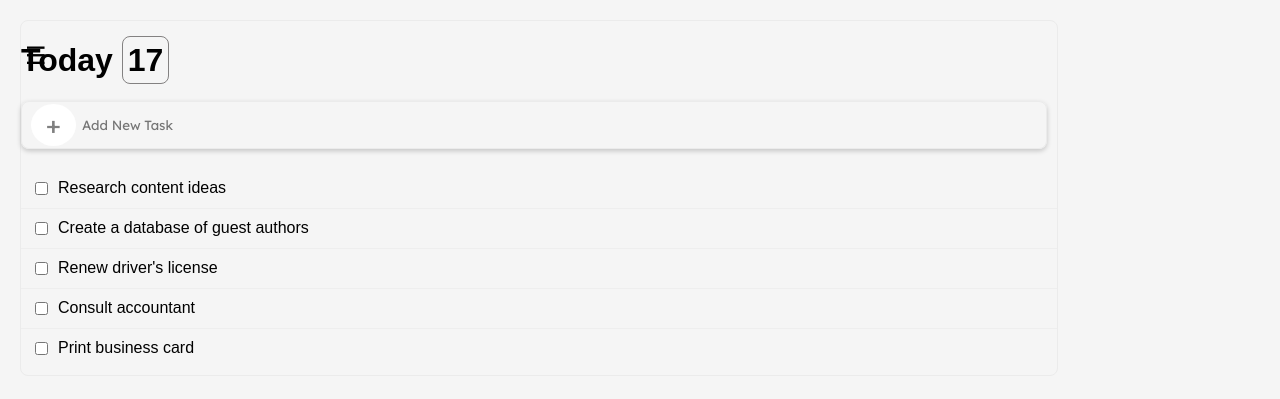
Repository: WeyehnR/Todo-App-e8719e15efb8a3743d14c47aa9ae2115442426d2
Page: Client/index.html
The author's editor kept a copy of each file at every save. The page is drawn from the files as they stood at one save, then again after the next save.
The browser window is 1280 px wide. The pictures show the whole page.

Above is the page before, as saved 2023-11-17 15:34:26.

### Client/index.html
<!DOCTYPE html>
<html lang="en">
<head>
    <meta charset="UTF-8">
    <meta name="viewport" content="width=device-width, initial-scale=1.0">
    <title>Todo List Application</title>
    <link href="https://fonts.googleapis.com/css2?family=Lexend+Deca&display=swap" rel="stylesheet">
    <link rel="stylesheet" href="styles.css">
</head>
<body>
    <div class="menu-container">
        <div class="hamburger" id="ham-menu-toggle">&#9776;</div>
        <div class="menu-card" id="menu-card">
            <!-- Content of the expanded gray card goes here -->
        </div>
    </div>
    <div class="todo-container">
        <div class="date-header">
          <h1>Today <span id="dayOfMonth"></span></h1>
        </div>
        <div class="add-task">
            <input type="text" placeholder="Add New Task" id="new-task-input">
            <button id="add-task-btn">+</button>
        </div>
        <ul class="todo-list">
            <li><input type="checkbox" id="task-1"><label for="task-1">Research content ideas</label></li>
            <li><input type="checkbox" id="task-2"><label for="task-2">Create a database of guest authors</label></li>
            <li><input type="checkbox" id="task-3"><label for="task-3">Renew driver's license</label></li>
            <li><input type="checkbox" id="task-4"><label for="task-4">Consult accountant</label></li>
            <li><input type="checkbox" id="task-5"><label for="task-5">Print business card</label></li>
        </ul>
    </div>
    <div class="menu-card" id="menu-card">
        <!-- Content of the expanded gray card goes here -->
    </div>
    <script src="main.js"></script>
</body>
</html>

### Client/styles.css

body {
    font-family: 'Arial', sans-serif;
    background-color: whitesmoke;
    margin: 0;
    padding: 20px;
}

.todo-container {
    top: 120px;
    left: 378px;
    width: 1038px;
    height: 356px;
    background-color: rgba(250,250,250,0);
    border-radius: 8px;
    border: 1px solid #ebebeb;
    box-sizing: border-box;
    padding: ;
    flex-grow: 1;
    transition: margin-left 0.3s ease; /* Add a transition for smooth shifting */
}

/* Shift the todo-container when the menu card is expanded */
.todo-container.expanded {
    margin-left: 320px; /* Match the width of the menu card */
    top: 120px;
}

#dayOfMonth {
    border: 1px solid #838181;
    border-radius: 8px;
    padding: 5px;
}

.header {
    display: flex;
    align-items: center;
}
/* Style for the hamburger icon */
.hamburger {
    position:absolute;
    font-size: 24px; /* Adjust the size as needed */
    top: 40px; /* Adjust the top position for the icon */
    left: 25px; /* Adjust the left position for the icon */
    cursor: pointer;
    font-family: 'Lexend Deca';
    z-index: 2;
}

.hamburger.expanded {
    top: 40px; /* Align with the top of the expanded menu card */
    left: 280px; /* Align with the left of the expanded menu card */
}


.menu-container{
    display: flex;
}

/* Style for the gray menu card */
.menu-card {
    width: 0; /* Initially hidden */
    height: 100%;
    overflow: hidden;
    transition: width 0.3s ease; /* Add a transition for smooth expansion */
    z-index: 1; /* Ensure the menu card is above other content */
}

/* Style for the content within the menu card */
.menu-card-content {
    padding: 20px;
    /* Add additional styling as needed for the expanded card content */
}

/* Adjust the width when the menu card is expanded */
.menu-card.expanded {
    width: 300px; /* Adjust the width as desired */
    background-color: darkgray; /* Adjust the text color as desired */
    top: 24px;
    left: 24px;
    height: 852px;
    border-radius: 16px;
}



.header h1 {
    margin: 0;
    font-size: 24px;
}

.header span {
    color: #888;
}

.add-task input {
    width: 100%;
    padding: 10px;
    margin-bottom: 20px;
    border: 1px solid #ddd;
    box-sizing: border-box;
}

.todo-list {
    list-style: none;
    padding: 0;
    margin: 0;
}

.todo-list li {
    padding: 10px;
    border-bottom: 1px solid #eee;
    display: flex;
    align-items: center;
}

.todo-list li:last-child {
    border-bottom: none;
}

input[type="checkbox"] {
    margin-right: 10px;
}

/* You can add more styles for checked tasks or interactive states */

/* ... other styles ... */

.add-task {
    display: flex;
    align-items: center;
    position: relative; /* Add this line */
}

.add-task input[type="text"] {
    top: 120px;
    left: 378px;
    width: 1038px;
    height: 48px;
    background-color: rgba(250,250,250,0);
    border-radius: 8px;
    border: 1px solid #ebebeb;
    box-sizing: border-box;
    flex-grow: 1;
    padding: 10px;
    padding-left: 60px; /* Add space for the button */
    margin-right: 10px;
    box-shadow: 0 2px 5px rgba(0, 0, 0, 0.2);
    font-family: 'Lexend Deca';
}


.add-task button {
    position: absolute; /* Add this line */
    left: 10px; /* Adjust as needed */
    top: 35%;
    transform: translateY(-50%); /* This centers the button vertically */
    display: flex;
    justify-content: center;
    align-items: center;
    padding: 1px 15px;
    border: none;
    border-radius: 50%; /* This creates the round shape for the button */
    background-color: rgb(255, 255, 255); /* Replace with the desired button color */
    color: gray;
    font-size: 25px;
    cursor: pointer;
    font-family: 'Lexend Deca';
}

/* ... rest of the styles ... */

/* Styles to ensure the input and button are aligned properly */
.add-task input[type="text"], .add-task button {

    line-height: 40px; /* Adjust line height to vertically center the text */
}

/* Adding some interactivity to the button */
.add-task button:hover {
    background-color: rgb(185, 181, 181); /* Darker shade when hovering */
}

/* ... additional styles and responsive adjustments ... */

### Client/main.js
const getElementById = (element) => document.getElementById(element);
const querySelector = (element) => document.querySelector(element);
document.addEventListener("DOMContentLoaded", function () {
    // Your JavaScript code here
    const currentDate = new Date();
    const dayOfMonth = currentDate.getDate();
    const dayOfMonthElement = getElementById("dayOfMonth");
    dayOfMonthElement.textContent = dayOfMonth;
});

// Get references to the hamburger icon, menu card, and todo-container
const hamburger = document.getElementById("ham-menu-toggle");
const menuCard = document.getElementById("menu-card");
const todoContainer = document.querySelector(".todo-container");

// Add a click event listener to toggle the menu card's expanded state
hamburger.addEventListener("click", () => {
  menuCard.classList.toggle("expanded");
  todoContainer.classList.toggle("expanded");
  hamburger.classList.toggle("expanded");
});

After the next save:
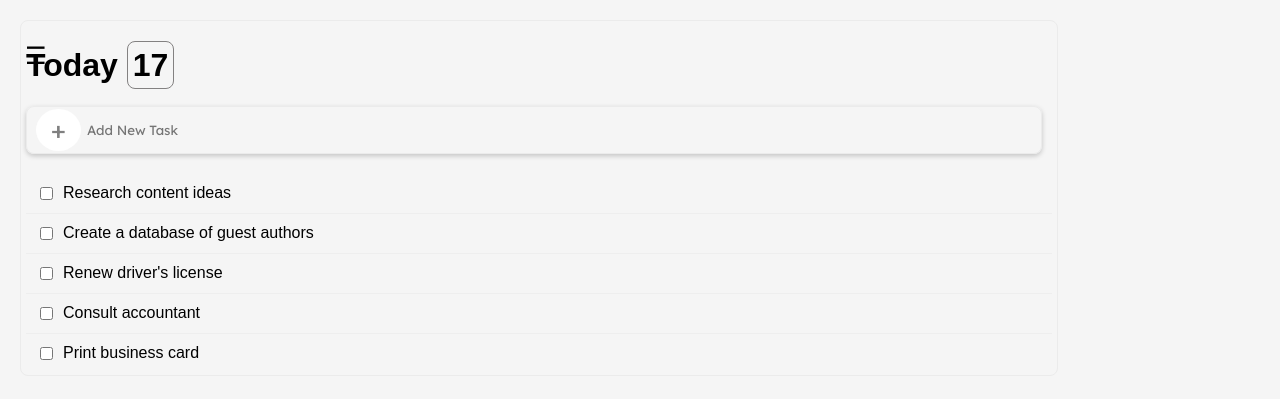
Saved 4 s later.
--- a/Client/styles.css
+++ b/Client/styles.css
@@ -15,7 +15,7 @@ body {
     border-radius: 8px;
     border: 1px solid #ebebeb;
     box-sizing: border-box;
-    padding: ;
+    padding: 5px;
     flex-grow: 1;
     transition: margin-left 0.3s ease; /* Add a transition for smooth shifting */
 }
